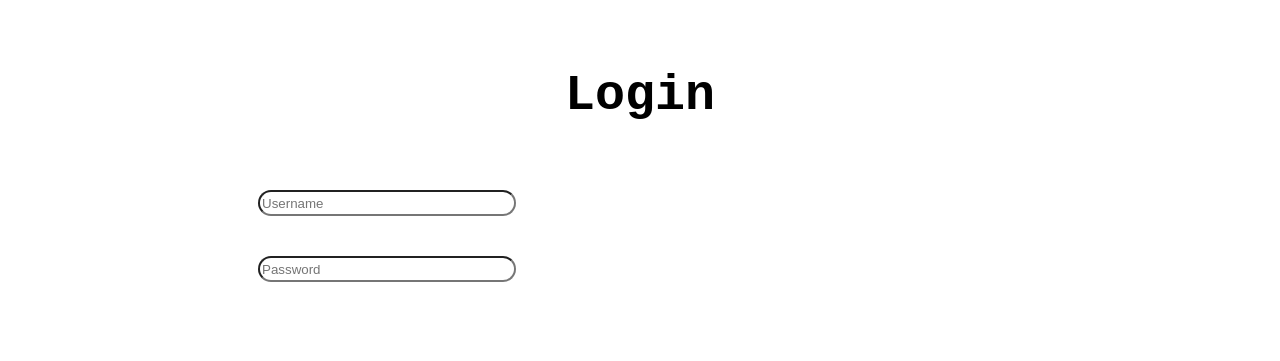
Repository: yhung004/TUTORIAL_PAGE
Page: log_in.html
These files come from the project's save history. The page is drawn as it stood at one moment and after the next save; the edit follows.
The browser window is 1280 px wide. The pictures show the whole page.

Above is the page before, as saved 2024-04-10 12:15:19.

### log_in.html
<!DOCTYPE html>
<html lang="en">
<head>
    <meta charset="UTF-8">
    <meta name="viewport" content="width=device-width, initial-scale=1.0">
    <title>Login</title>
    <link rel="stylesheet" href="main.css">
</head>
<body>
    <h4 class="login">Login</h4>
    <input type="text" placeholder="Username" class="username"> <br>
    <input type="text" placeholder="Password" class="password">
</body>
</html>

### main.css
.welcome{
    text-align: center;
    font-family: 'Courier New', Courier, monospace;
    font-size: 30px;
    margin-top: 80px;
}
.welcome_text {
    margin-top: 20px;
    text-align:center;
    font-family: 'Courier New', Courier, monospace;
    font-size: 30px;
}
.button_a {
    position: relative;
    left: 580px;
    border: 1px solid black;
    background-color:white;
    border-radius: 30px;
    font-size: 40px;
    padding: 2px 18px 2px 18px;
    margin-top: 20px;
}
.button_b {
    position: relative;
    right: -600px;
    border : 1px solid black;
    border-radius: 40px;
    background-color: rgb(63, 60, 60);
    color:white;
    font-size: 40px;
    padding: 2px 7px 2px 7px;
    margin-top: 20px;
}
a.button_b1 {
    text-decoration: none;
    color:white;
}
a.button_a1 {
    text-decoration:none;
    color:black;
}
.login {
    text-align:center;
    font-size: 50px;
    font-family: monospace;
}
.username {
    position: relative;
    border-radius: 30px;
    left: 250px;
    width: 250px;
    height: 20px;
}
.password {
    position: relative;
    border-radius: 30px;
    left: 250px;
    width: 250px;
    height: 20px;
    margin-top: 40px;
}

After the next save:
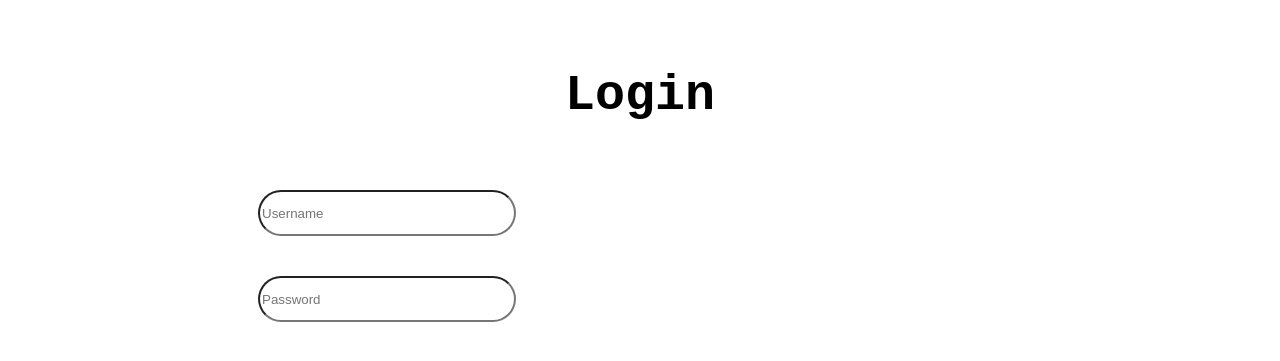
Saved 16 s later.
--- a/main.css
+++ b/main.css
@@ -49,13 +49,13 @@ a.button_a1 {
     border-radius: 30px;
     left: 250px;
     width: 250px;
-    height: 20px;
+    height: 40px;
 }
 .password {
     position: relative;
     border-radius: 30px;
     left: 250px;
     width: 250px;
-    height: 20px;
+    height: 40px;
     margin-top: 40px;
 }
